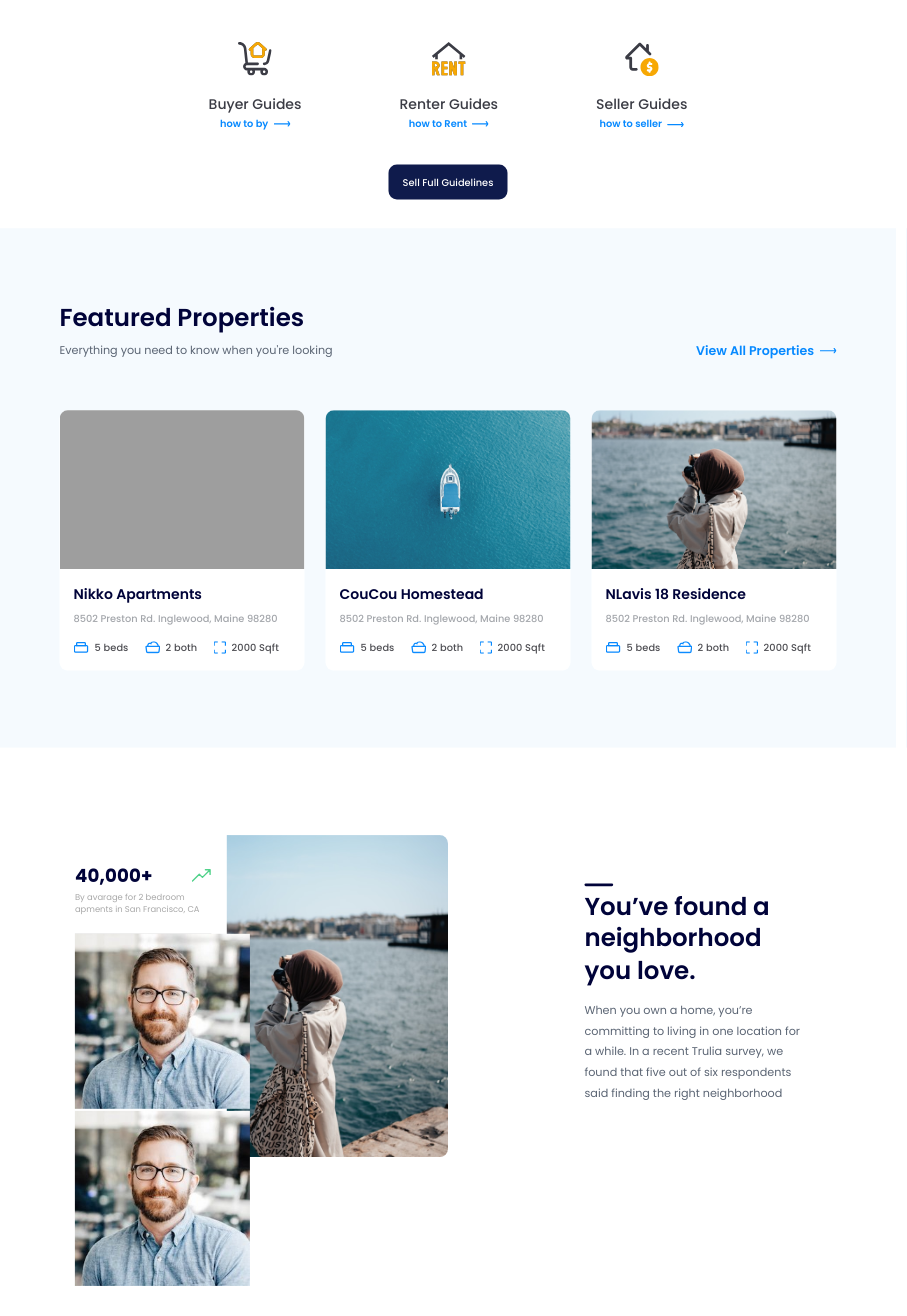
Repository: Kazuto-2004/f8-htmlcss-01
Page: index.html
An editor plug-in stored every save of this project. The page is shown before and after the next save, followed by the edit.
The browser window is 1280 px wide. The page is 1295 px wide, so the pictures cover 1295 px, including what lies to the right of the window. The pictures show the part of the page from y = 1370 to 3250 px (the page is 3250 px tall before and 3128 px after), at 70% of full size.
Pictures or frames that could not be fetched are drawn as grey boxes.

Above is the page before, as saved 2023-07-15 16:53:42.

After the next save:
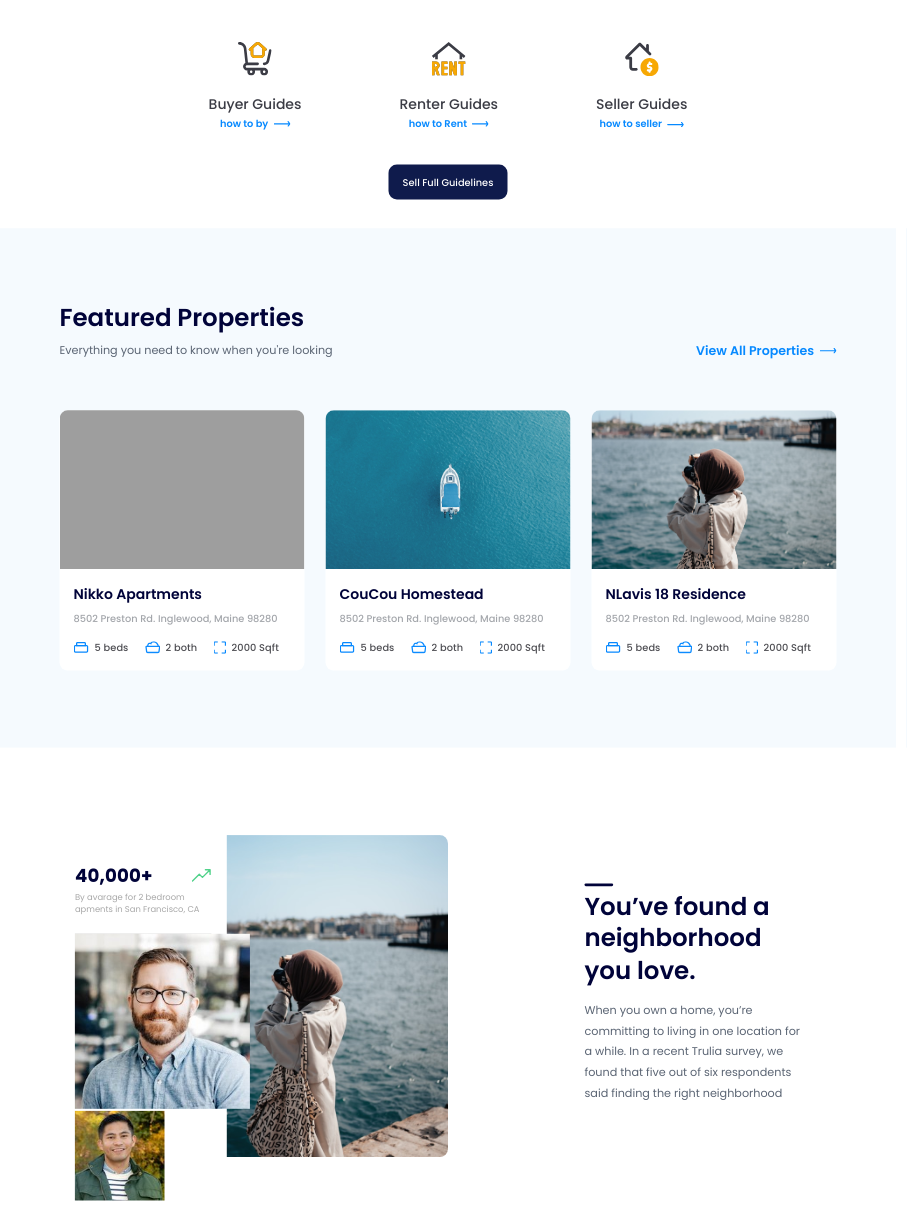
Saved 5 s later.
--- a/index.html
+++ b/index.html
@@ -331,7 +331,7 @@
                                             alt=""
                                             class="avatar" />
                                         <img
-                                            src="./assets/img/avatar-1.jpeg"
+                                            src="./assets/img/avatar-2.jpeg"
                                             alt=""
                                             class="avatar" />
                                     </div>
